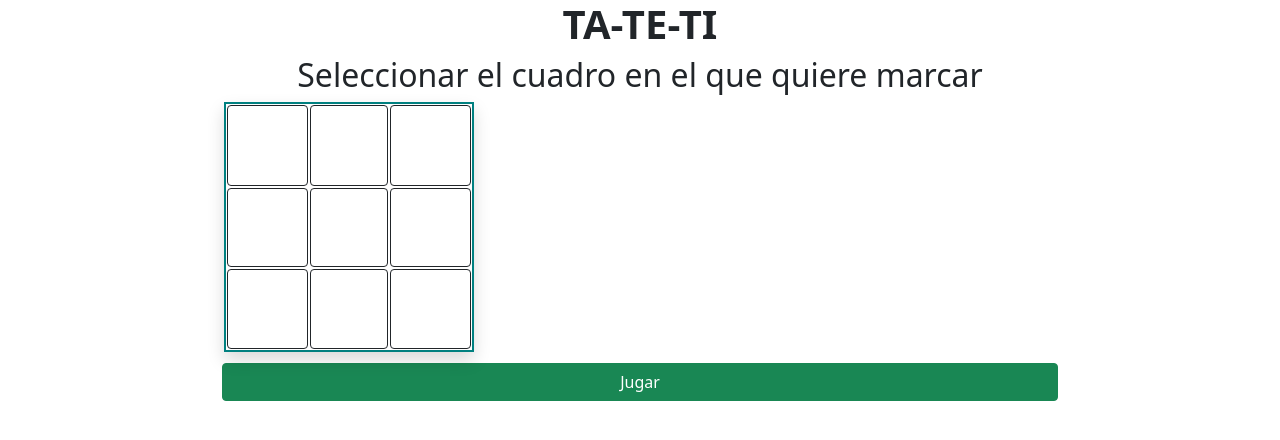
Repository: Lean97-start/TATETI
Page: Tateti.html
These files come from the project's save history. The page is drawn as it stood at one moment and after a run of saves; the edit follows.
The browser window is 1280 px wide. The pictures show the whole page.

Above is the page before, as saved 2021-07-11 23:10:32.
Console error: SyntaxError: Unexpected token ')'

### Tateti.html
<!DOCTYPE html>
<html lang="en">
<head>
    <meta charset="UTF-8">
    <link rel="stylesheet" type="text/css" href="Tateti.css">
    <link rel="stylesheet" href="Tateti.js">
    <link rel="stylesheet" type="text/css" href="https://necolas.github.io/normalize.css/8.0.1/normalize.css">
    <title>TATETI</title>
    <link href="https://cdn.jsdelivr.net/npm/bootstrap@5.0.2/dist/css/bootstrap.min.css" rel="stylesheet" integrity="sha384-EVSTQN3/azprG1Anm3QDgpJLIm9Nao0Yz1ztcQTwFspd3yD65VohhpuuCOmLASjC" crossorigin="anonymous">
</head>
<body>
    <div class="container">
        <H1 class="fw-bold">TA-TE-TI</H1>
        <H2 class="fw-normal">Seleccionar el cuadro en el que quiere marcar</H2>

            <div class="row w-50 h-50 bg-white">
                <table class="shadow " id="cuadro">
                    <tr>
                        <td><button class="btn border-dark w-100 h-100" id="11"></button></td>
                        <td><button class="btn border-dark w-100 h-100" id="21"></button></td>
                        <td><button class="btn border-dark w-100 h-100" id="31"></button></td>
                    </tr>
                    <tr>
                        <td><button class="btn border-dark w-100 h-100" id="12"></button></td>
                        <td><button class="btn border-dark w-100 h-100" id="22"></button></td>
                        <td><button class="btn border-dark w-100 h-100" id="32"></button></td>
                    </tr>
                    <tr>
                        <td><button class="btn border-dark w-100 h-100" id="13"></button></td>
                        <td><button class="btn border-dark w-100 h-100" id="23"></button></td>
                        <td><button class="btn border-dark w-100 h-100" id="33"></button></td>
                    </tr>
                </table>
            </div>
            <div class="row">
                <div class="btn ">
                    <button type="button" class="btn btn-success my-1 w-75" id="btn-jugar">Jugar</button>
                </div>
            </div>

        </div>
    <script src="Tateti.js"></script>
    <script src="https://cdn.jsdelivr.net/npm/bootstrap@5.0.2/dist/js/bootstrap.bundle.min.js" integrity="sha384-MrcW6ZMFYlzcLA8Nl+NtUVF0sA7MsXsP1UyJoMp4YLEuNSfAP+JcXn/tWtIaxVXM" crossorigin="anonymous"></script>
</body>
</html>

### Tateti.css
h1{
    font-size: 55px;
    text-align: center;
}
h2{
    font-size: 30px;
    text-align: center;
}
#cuadro{
    border: 2px teal solid;
    background: white;
    position: relative;
    height: 250px;
    width: 250px;
    margin: auto;

}
.entradas{
    text-align: center;
    font-family: Arial, Helvetica, sans-serif;
    font-size: 60px;
    height: 80px;
    width: 80px;
    box-sizing: border-box;

}

### Tateti.js
let var1, var2, var3,var4, var5,var6 = undefined
function mostrar(){
    let prueba = document.getElementById('v1');
    alert(prueba);
}
function jugarTurno (){
    if(){

    }
    else if (var1 != undefined || var2 != undefined || var3 != undefined ||var4 != undefined ||var5 != undefined || var6 != undefined ){

    }


}

After the next 5 saves:
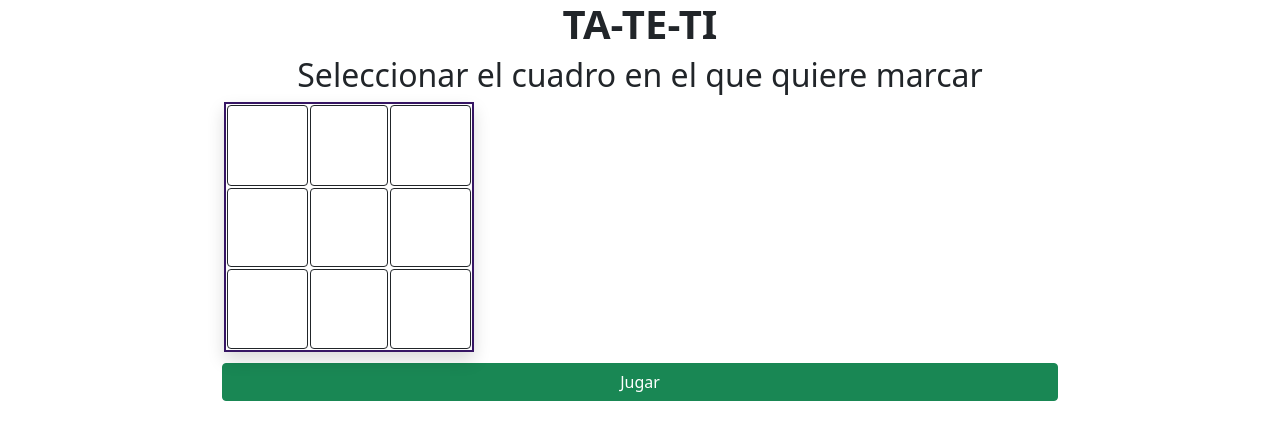
The 5 saves are shown as one change because they came seconds apart.
The last was saved 30 s later.
--- a/Tateti.css
+++ b/Tateti.css
@@ -7,7 +7,7 @@ h2{
     text-align: center;
 }
 #cuadro{
-    border: 2px teal solid;
+    border: 2px rgb(54, 21, 100) solid;
     background: white;
     position: relative;
     height: 250px;
